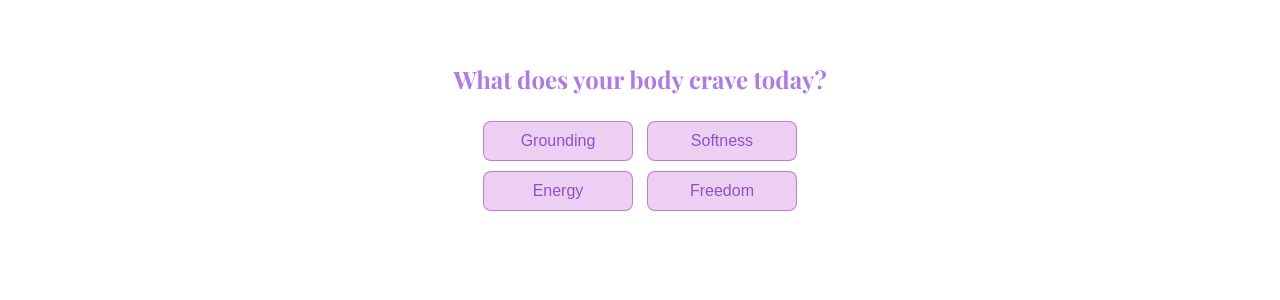
Repository: karim0829/Bella-Oter-Project
Page: index.html
An editor plug-in stored every save of this project. The page is shown before and after a run of saves, followed by the edit.
The browser window is 1280 px wide. The pictures show the whole page.
Some web fonts or font styles are not loaded; a fallback is used.

Above is the page before, as saved 2025-06-30 19:26:15.

After the next 2 saves:
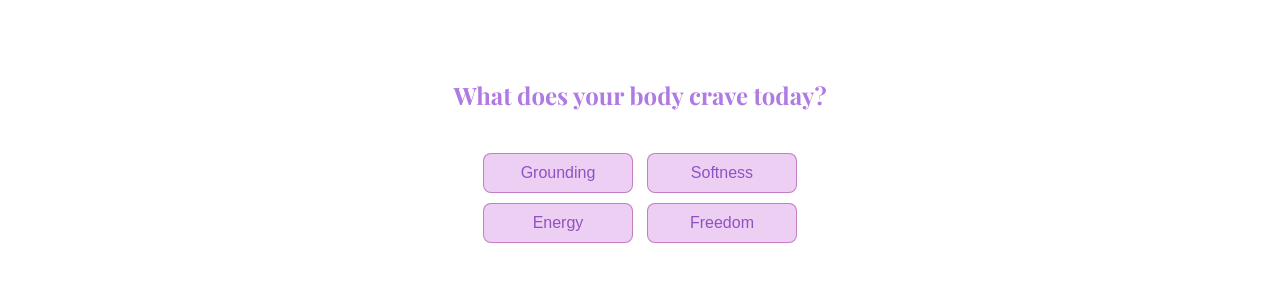
The 2 saves are shown as one change because they came seconds apart.
The last was saved 8 s later.
--- a/style.css
+++ b/style.css
@@ -1,13 +1,8 @@
-
-* {
-    padding:0;
-    margin:0;
-
-}
-
 body {
     text-align: center;
     font-family:"playfair display";
+    padding:0;
+    margin:0;
 }
 
 form h1 {
